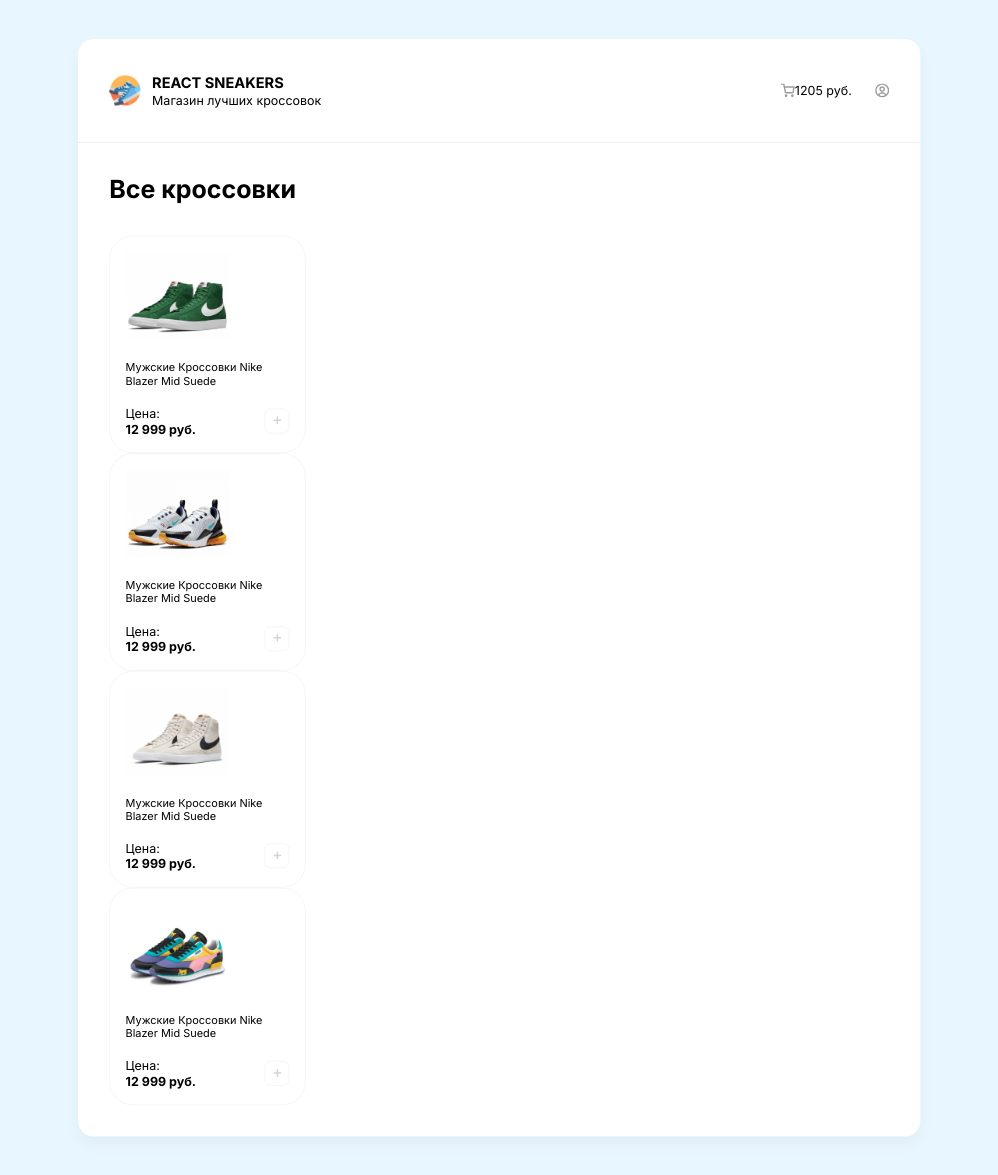
Repository: VaheHarutyunyan/react-sneakers
Page: /
These files come from the project's save history. The page is drawn as it stood at one moment and after the next save; the edit follows.
The browser window is 1280 px wide. The pictures show the whole page, at 78% of full size.
The project was rebuilt for these pictures with package versions that can differ from the ones it lists, and the page was loaded fresh each time.

Above is the page before, as saved 2021-07-22 13:47:39.

### public/index.html
<!DOCTYPE html>
<html lang="en">

<head>
  <meta charset="utf-8" />
  <link rel="icon" href="%PUBLIC_URL%/favicon.ico" />
  <meta name="viewport" content="width=device-width, initial-scale=1" />
  <meta name="theme-color" content="#000000" />
  <meta name="description" content="Web site created using create-react-app" />
  <link rel="apple-touch-icon" href="%PUBLIC_URL%/logo192.png" />
  <!--
      manifest.json provides metadata used when your web app is installed on a
      user's mobile device or desktop. See https://developers.google.com/web/fundamentals/web-app-manifest/
    -->
  <link rel="manifest" href="%PUBLIC_URL%/manifest.json" />
  <!--
      Notice the use of %PUBLIC_URL% in the tags above.
      It will be replaced with the URL of the `public` folder during the build.
      Only files inside the `public` folder can be referenced from the HTML.

      Unlike "/favicon.ico" or "favicon.ico", "%PUBLIC_URL%/favicon.ico" will
      work correctly both with client-side routing and a non-root public URL.
      Learn how to configure a non-root public URL by running `npm run build`.
    -->
  <link rel="preconnect" href="https://fonts.googleapis.com">
  <link rel="preconnect" href="https://fonts.gstatic.com" crossorigin>
  <link href="https://fonts.googleapis.com/css2?family=Inter:wght@400;500;600;700;800&display=swap" rel="stylesheet">
  <title>React Sneakers</title>
</head>

<body>
  <noscript>You need to enable JavaScript to run this app.</noscript>
  <div id="root"></div>
  <!--
      This HTML file is a template.
      If you open it directly in the browser, you will see an empty page.

      You can add webfonts, meta tags, or analytics to this file.
      The build step will place the bundled scripts into the <body> tag.

      To begin the development, run `npm start` or `yarn start`.
      To create a production bundle, use `npm run build` or `yarn build`.
    -->
</body>

</html>

### src/index.scss
// @import url('https://fonts.googleapis.com/css2?family=Inter:wght@400;500;600;700;800&display=swap');

body {
  margin: 0;
  font-family:'Inter', system-ui;
  -webkit-font-smoothing: antialiased;
  -moz-osx-font-smoothing: grayscale;
  background: #E7F6FF;
}
*{
  list-style: none;
  text-decoration: none;
}
.wrapper{
  background: #FFFFFF;
  box-shadow: 0px 10px 20px rgba(0, 0, 0, 0.04);
  border-radius: 20px;
  max-width: 1080px;
  margin: 50px auto;
}
header{
  display: flex;
  justify-content: space-between;
  align-items: center;
  padding: 40px;
  border-bottom: 1px solid #EAEAEA;

  .headerLeft{
    display: flex;
    align-items: center;

    img{
      margin-right: 15px;
    }
    h3,p{
      margin: 0;
    }
    .headerInfo{
      h3{
        text-transform: uppercase;
      }
    }
  }
  .headerRight{
    display: flex;
    li{
      display: flex;
      align-items: center;
    }
    .chart{
      margin-right: 30px;
    }
  }
}
.content{
  padding: 40px;
  h1{
    margin:0;
    margin-bottom: 40px;
  }
}

.card{
  border:1px solid #f3f3f3;
  padding: 20px;
  width: 210px;
  border-radius: 30px;
  h5{
    font-weight: 400;
    font-size: 14px;
  }
  .cardBottom{
    display: flex;
    justify-content: space-between;
    align-items: center;
    .cardBottomPrice{
      display: flex;
      flex-direction: column;
    }
    .button{
      background: #FFFFFF;
      border: 1px solid #F2F2F2;
      box-sizing: border-box;
      border-radius: 8px;
      width: 32px;
      height: 32px;
      cursor:pointer;
    }

  }
}

### src/App.js

function App() {
  return (
    <div className="wrapper">
      <header>
        <div className="headerLeft">
          <img width="40" height="40" src="/img/logo.png" alt="logo" />
          <div className="headerInfo">
            <h3>REACT SNEAKERS</h3>
            <p>Магазин лучших кроссовок</p>
          </div>
        </div>
        <ul className="headerRight">
          <li className="chart">
            <img src="/img/cart.svg" width={18} height={18} alt="" />
            <span>1205 руб.</span>
          </li>
          <li>
            <img src="/img/user.svg" width={18} height={18} alt="" />
          </li>
        </ul>
      </header>
      <div className="content">
        <h1>Все кроссовки</h1>
        <div className="card">
          <img src="img/1.jpg" width={133} height={112} alt="" />
          <h5>Мужские Кроссовки Nike Blazer Mid Suede</h5>
          <div className="cardBottom">
            <div className="cardBottomPrice">
              <span>Цена:</span>
              <b>12 999 руб.</b>
            </div>
            <button className="button">
              <img src="/img/plus.svg" alt="" height={11} width={11} />
            </button>
          </div>
        </div>
        <div className="card">
          <img src="img/2.jpg" width={133} height={112} alt="" />
          <h5>Мужские Кроссовки Nike Blazer Mid Suede</h5>
          <div className="cardBottom">
            <div className="cardBottomPrice">
              <span>Цена:</span>
              <b>12 999 руб.</b>
            </div>
            <button className="button">
              <img src="/img/plus.svg" alt="" height={11} width={11} />
            </button>
          </div>
        </div>
        <div className="card">
          <img src="img/3.jpg" width={133} height={112} alt="" />
          <h5>Мужские Кроссовки Nike Blazer Mid Suede</h5>
          <div className="cardBottom">
            <div className="cardBottomPrice">
              <span>Цена:</span>
              <b>12 999 руб.</b>
            </div>
            <button className="button">
              <img src="/img/plus.svg" alt="" height={11} width={11} />
            </button>
          </div>
        </div>
        <div className="card">
          <img src="img/4.jpg" width={133} height={112} alt="" />
          <h5>Мужские Кроссовки Nike Blazer Mid Suede</h5>
          <div className="cardBottom">
            <div className="cardBottomPrice">
              <span>Цена:</span>
              <b>12 999 руб.</b>
            </div>
            <button className="button">
              <img src="/img/plus.svg" alt="" height={11} width={11} />
            </button>
          </div>
        </div>
      </div>
    </div>
  );
}

export default App;

Loaded but not shown: src/index.js (common file)

After the next save:
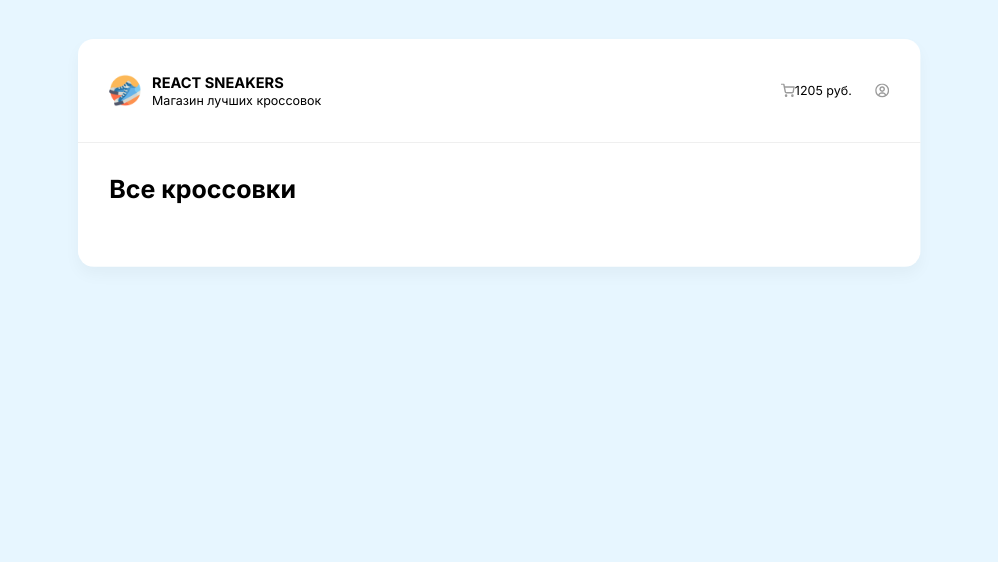
Saved 3 days later.
--- a/src/App.js
+++ b/src/App.js
@@ -22,58 +22,8 @@
       </header>
       <div className="content">
         <h1>Все кроссовки</h1>
-        <div className="card">
-          <img src="img/1.jpg" width={133} height={112} alt="" />
-          <h5>Мужские Кроссовки Nike Blazer Mid Suede</h5>
-          <div className="cardBottom">
-            <div className="cardBottomPrice">
-              <span>Цена:</span>
-              <b>12 999 руб.</b>
-            </div>
-            <button className="button">
-              <img src="/img/plus.svg" alt="" height={11} width={11} />
-            </button>
-          </div>
-        </div>
-        <div className="card">
-          <img src="img/2.jpg" width={133} height={112} alt="" />
-          <h5>Мужские Кроссовки Nike Blazer Mid Suede</h5>
-          <div className="cardBottom">
-            <div className="cardBottomPrice">
-              <span>Цена:</span>
-              <b>12 999 руб.</b>
-            </div>
-            <button className="button">
-              <img src="/img/plus.svg" alt="" height={11} width={11} />
-            </button>
-          </div>
-        </div>
-        <div className="card">
-          <img src="img/3.jpg" width={133} height={112} alt="" />
-          <h5>Мужские Кроссовки Nike Blazer Mid Suede</h5>
-          <div className="cardBottom">
-            <div className="cardBottomPrice">
-              <span>Цена:</span>
-              <b>12 999 руб.</b>
-            </div>
-            <button className="button">
-              <img src="/img/plus.svg" alt="" height={11} width={11} />
-            </button>
-          </div>
-        </div>
-        <div className="card">
-          <img src="img/4.jpg" width={133} height={112} alt="" />
-          <h5>Мужские Кроссовки Nike Blazer Mid Suede</h5>
-          <div className="cardBottom">
-            <div className="cardBottomPrice">
-              <span>Цена:</span>
-              <b>12 999 руб.</b>
-            </div>
-            <button className="button">
-              <img src="/img/plus.svg" alt="" height={11} width={11} />
-            </button>
-          </div>
-        </div>
+
+
       </div>
     </div>
   );

After the save that followed:
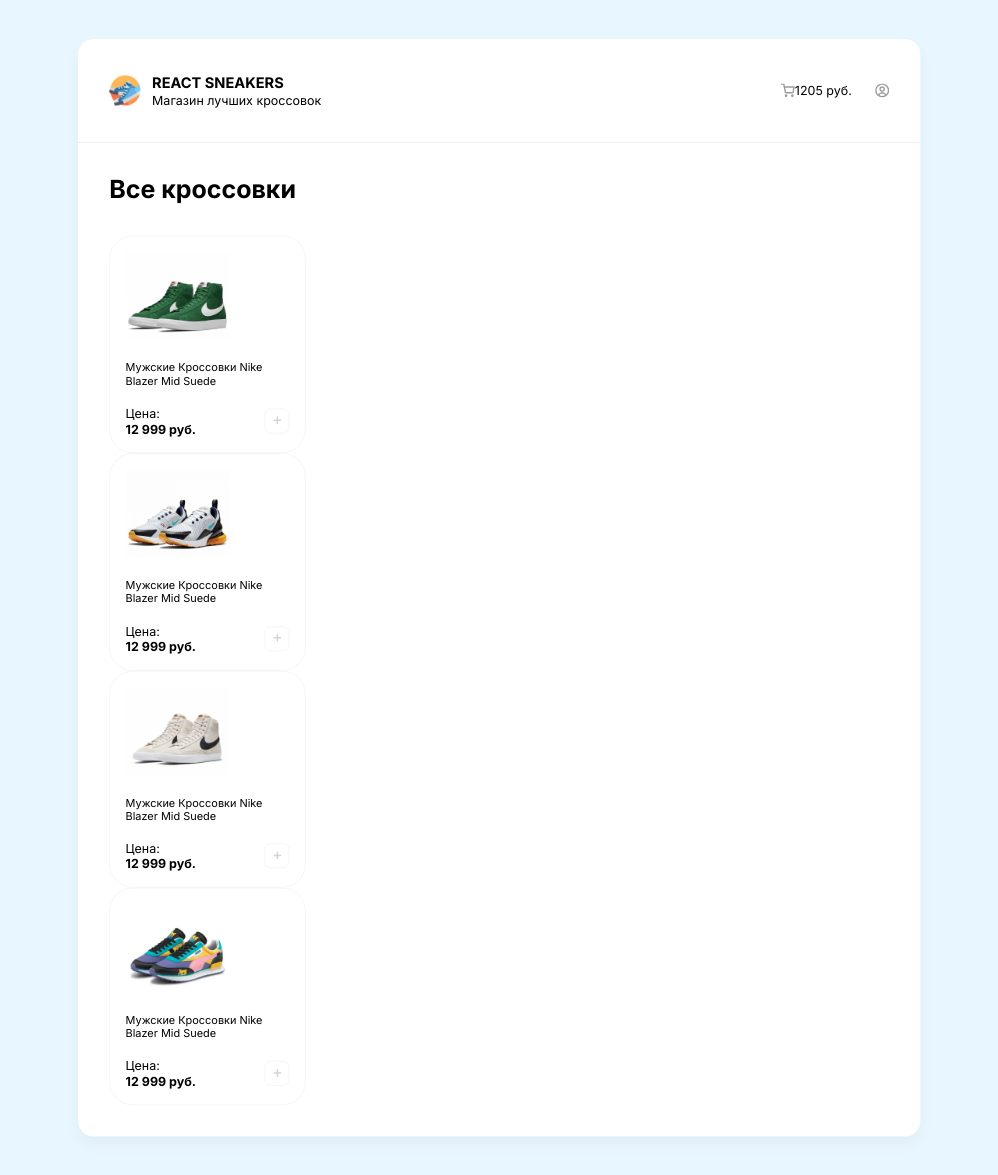
Saved 33 s later.
--- a/src/App.js
+++ b/src/App.js
@@ -22,7 +22,62 @@
       </header>
       <div className="content">
         <h1>Все кроссовки</h1>
+        <div className="sneakers">
 
+          <div className="card">
+            <img src="img/1.jpg" width={133} height={112} alt="" />
+            <h5>Мужские Кроссовки Nike Blazer Mid Suede</h5>
+            <div className="cardBottom">
+              <div className="cardBottomPrice">
+                <span>Цена:</span>
+                <b>12 999 руб.</b>
+              </div>
+              <button className="button">
+                <img src="/img/plus.svg" alt="" height={11} width={11} />
+              </button>
+            </div>
+          </div>
+          <div className="card">
+            <img src="img/2.jpg" width={133} height={112} alt="" />
+            <h5>Мужские Кроссовки Nike Blazer Mid Suede</h5>
+            <div className="cardBottom">
+              <div className="cardBottomPrice">
+                <span>Цена:</span>
+                <b>12 999 руб.</b>
+              </div>
+              <button className="button">
+                <img src="/img/plus.svg" alt="" height={11} width={11} />
+              </button>
+            </div>
+          </div>
+          <div className="card">
+            <img src="img/3.jpg" width={133} height={112} alt="" />
+            <h5>Мужские Кроссовки Nike Blazer Mid Suede</h5>
+            <div className="cardBottom">
+              <div className="cardBottomPrice">
+                <span>Цена:</span>
+                <b>12 999 руб.</b>
+              </div>
+              <button className="button">
+                <img src="/img/plus.svg" alt="" height={11} width={11} />
+              </button>
+            </div>
+          </div>
+          <div className="card">
+            <img src="img/4.jpg" width={133} height={112} alt="" />
+            <h5>Мужские Кроссовки Nike Blazer Mid Suede</h5>
+            <div className="cardBottom">
+              <div className="cardBottomPrice">
+                <span>Цена:</span>
+                <b>12 999 руб.</b>
+              </div>
+              <button className="button">
+                <img src="/img/plus.svg" alt="" height={11} width={11} />
+              </button>
+            </div>
+          </div>
+
+        </div>
 
       </div>
     </div>
